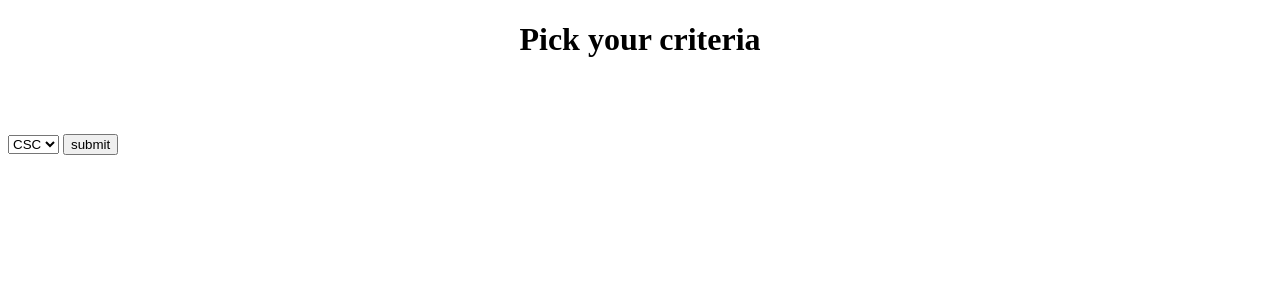
Repository: weshayutin/java258Online
Page: http://localhost/Week5Assignment2/schedule.jsp
An editor plug-in stored every save of this project. The page is shown before and after the next save, followed by the edit.
The browser window is 1280 px wide. The pictures show the whole page.
The page is served by Tomcat 9.

Above is the page before, as saved 2011-02-16 02:50:18.

After the next save:
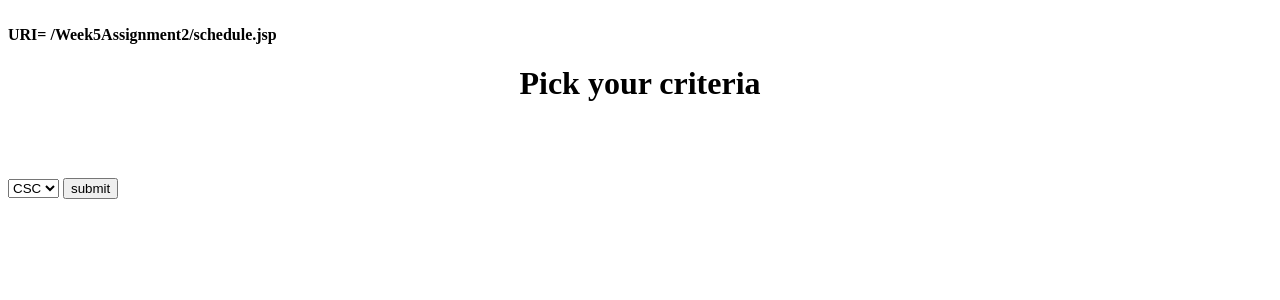
Saved 29 s later.
--- a/workspace/Week5Assignment2/WebContent/schedule.jsp
+++ b/workspace/Week5Assignment2/WebContent/schedule.jsp
@@ -9,20 +9,10 @@
 <body>
 
 <%
-
     String URI = request.getRequestURI();
-    String myRefferingPage = (String)session.getAttribute("page");
-    if(myRefferingPage == null){
-    }
-    else{
-    	out.println("<br><b> URI= "+URI+"</b><br>");
-		out.println("<br><b> myRefferingPage= "+myRefferingPage+"</b><br>");
-		response.addHeader("page",myRefferingPage);
-    }
-
-
+    session.setAttribute("page",URI);
+    out.println("<br><b> URI= "+URI+"</b><br>");
 %>
-
 
 <h1 align="center"> Pick your criteria</h1>
 <br><br><br>
